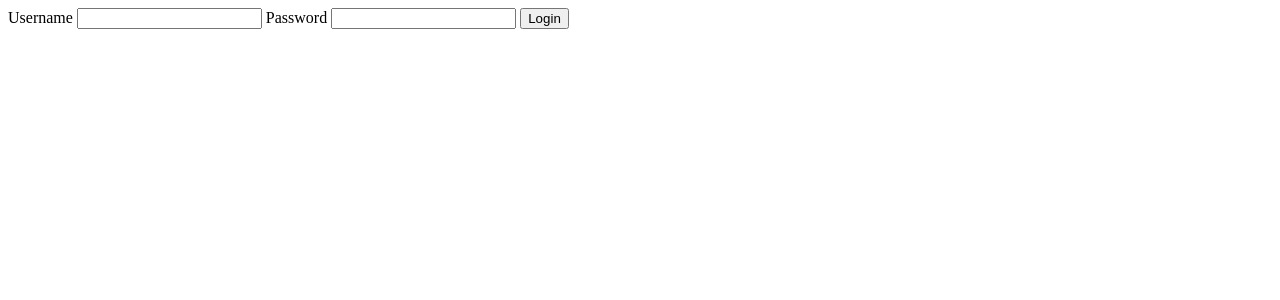
Repository: Shaft01/IS2Agency
Page: http://localhost/AgencijaWeb/login.jsp
The author's editor kept a copy of each file at every save. The page is drawn from the files as they stood at one save, then again after the next save.
The browser window is 1280 px wide. The pictures show the whole page.
The page is served by Tomcat 9.

Above is the page before, as saved 2019-06-15 07:44:51.

After the next save:
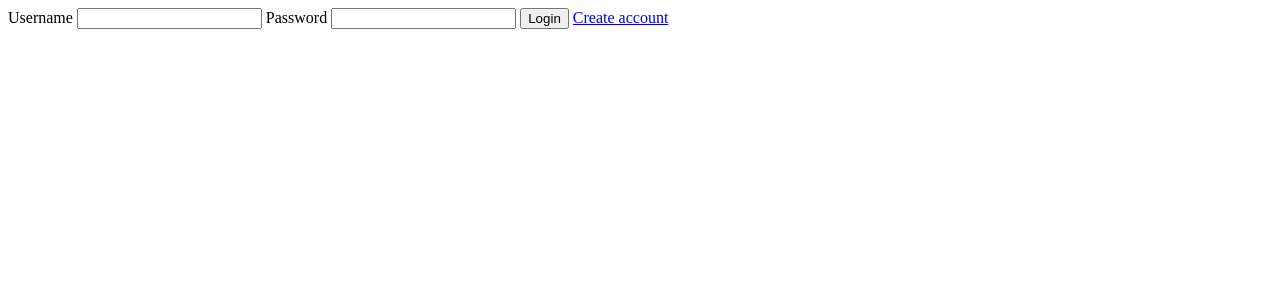
Saved 89 s later.
--- a/IS2Projekat/AgencijaWeb/src/main/webapp/login.jsp
+++ b/IS2Projekat/AgencijaWeb/src/main/webapp/login.jsp
@@ -14,6 +14,9 @@
 		<input type="password" name="password">
 
 		<input type="submit" value="Login">
+
+
+		<a href="/Agencija/auth/register">Create account</a>
 	</form>
 </body>
 </html>
